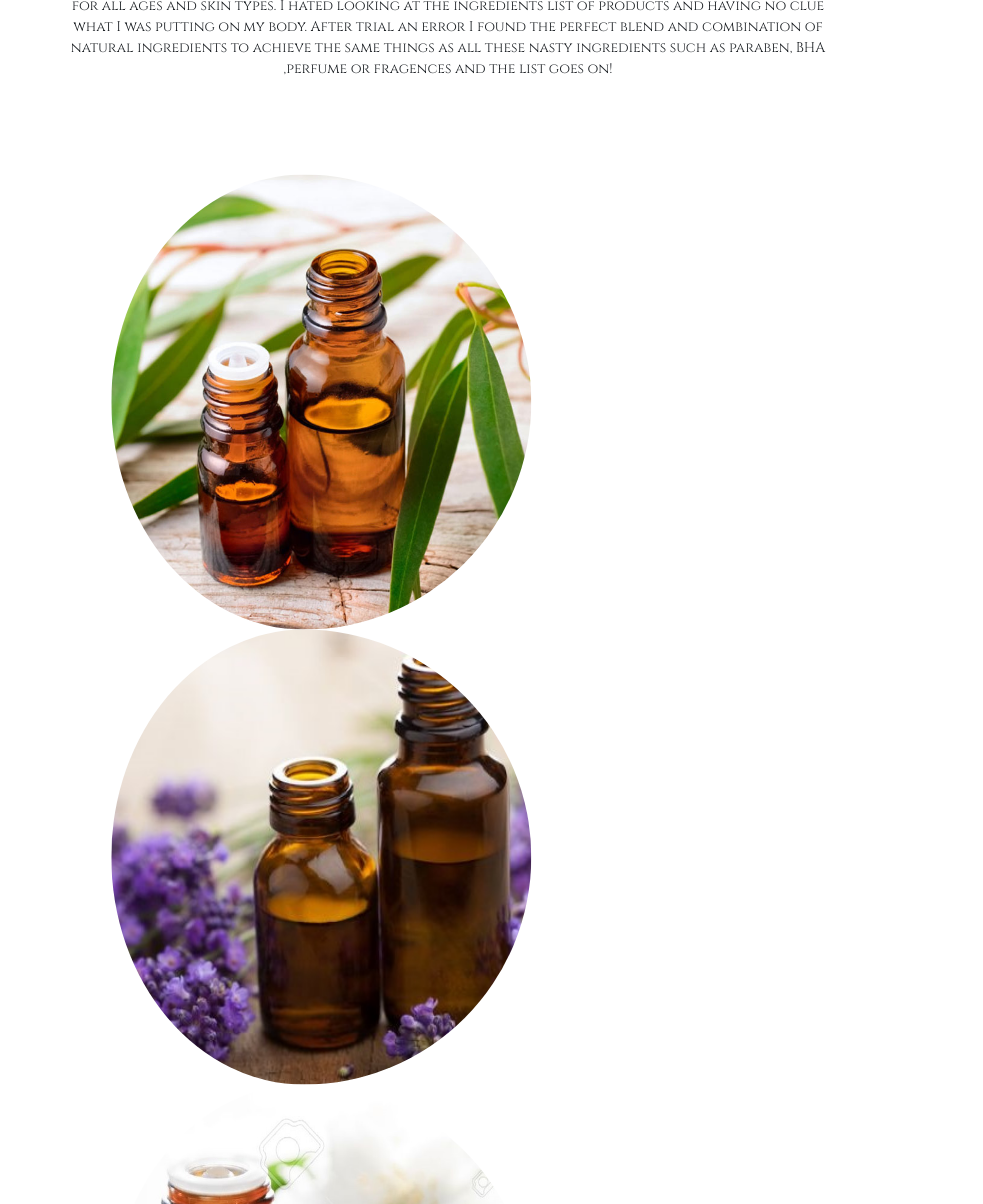
Repository: aliciarawlings/first-milestone
Page: index2.html
The author's editor kept a record of every edit. The page is drawn from the files as they stood at one moment, then again after the next edit.
The browser window is 1280 px wide. The page is 1404 px wide, then 1387 px, then 1404 px, so the pictures cover 1404 px, including what lies to the right of the window. The pictures show the part of the page from y = 2818 to 4538 px (the page is 5167 px tall), at 70% of full size.

Above is the page before.

After the next edit:
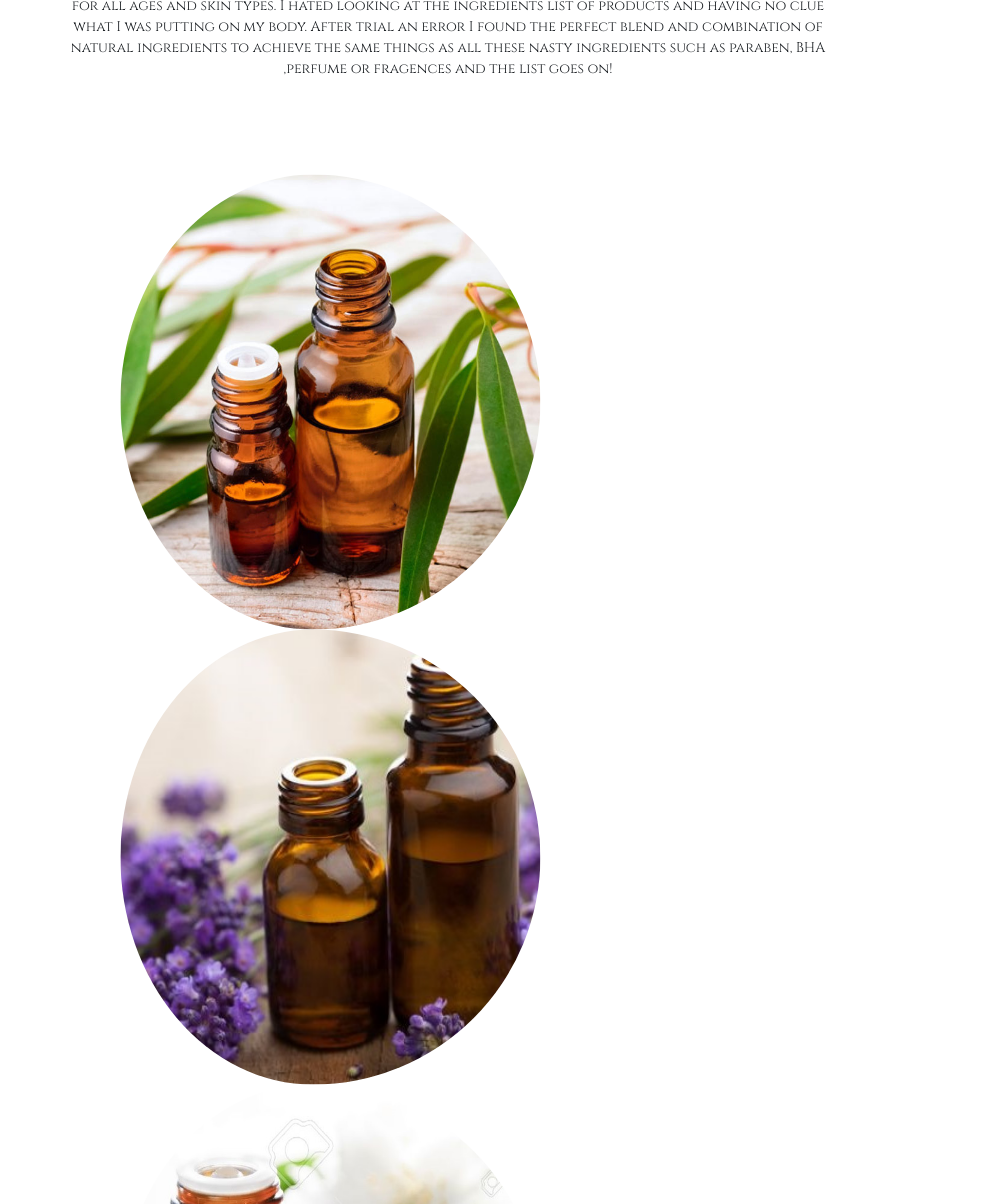
The edit:
--- a/index2.html
+++ b/index2.html
@@ -249,7 +249,7 @@
     <!------About Me----------------------------------------------->
     <div class="container aboutme">
 
-
+      <div class="col">
       <img src="assets/images/andrap.jpg">
 
       <h1> About Me</h1>

After the edit that followed:
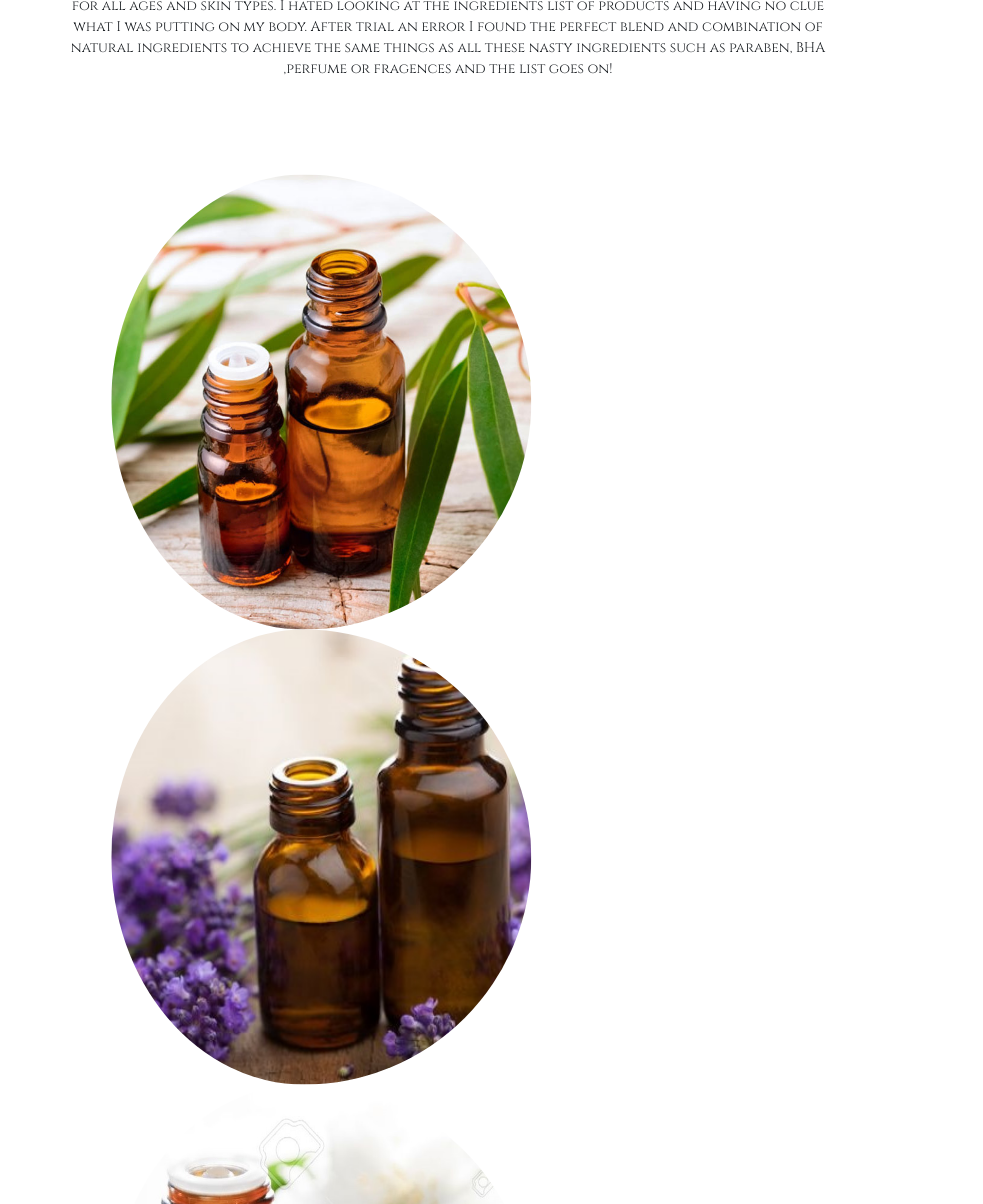
The edit:
--- a/index2.html
+++ b/index2.html
@@ -265,6 +265,7 @@
 
 
   </div>
+  </div>
   <br>
   <br>
   <br>
